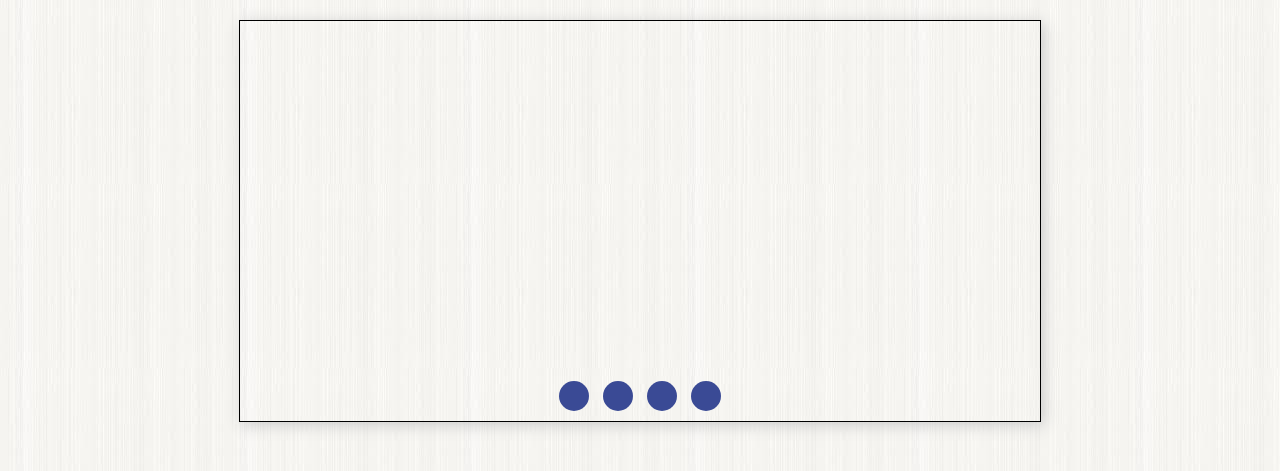
Repository: lauroPereira/study
Page: http://localhost/modules/home/home.php
The author's editor kept a copy of each file at every save. The page is drawn from the files as they stood at one save, then again after the next save.
The browser window is 1280 px wide. The pictures show the whole page.
The page is run by PHP 8.4 with error messages shown; the project is at /var/www/html/.

Above is the page before, as saved 2016-06-14 05:00:00.
Not found: TrabalhoFinalWeb/css/img/promo1.jpg

After the next save:
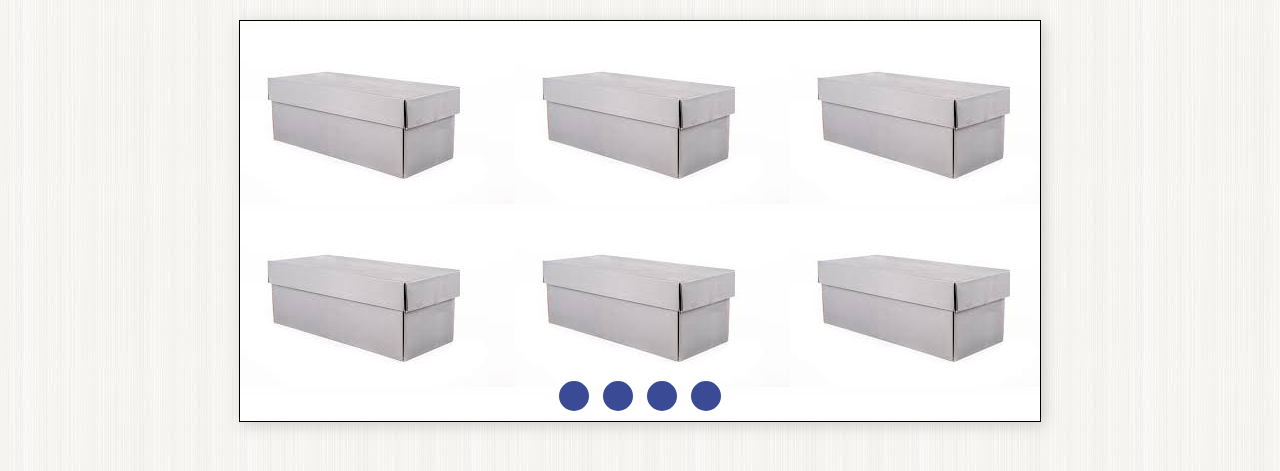
Saved 102 s later.
--- a/TrabalhoFinalWeb/css/home.css
+++ b/TrabalhoFinalWeb/css/home.css
@@ -7,7 +7,7 @@
 	margin-top: 20px;
 	text-align: center;
 	vertical-align: bottom;
-	background-image: url("img/promo1.jpg");
+	background-image: url("../../img/promo1.jpg");
 }
 
 #carousel div{
